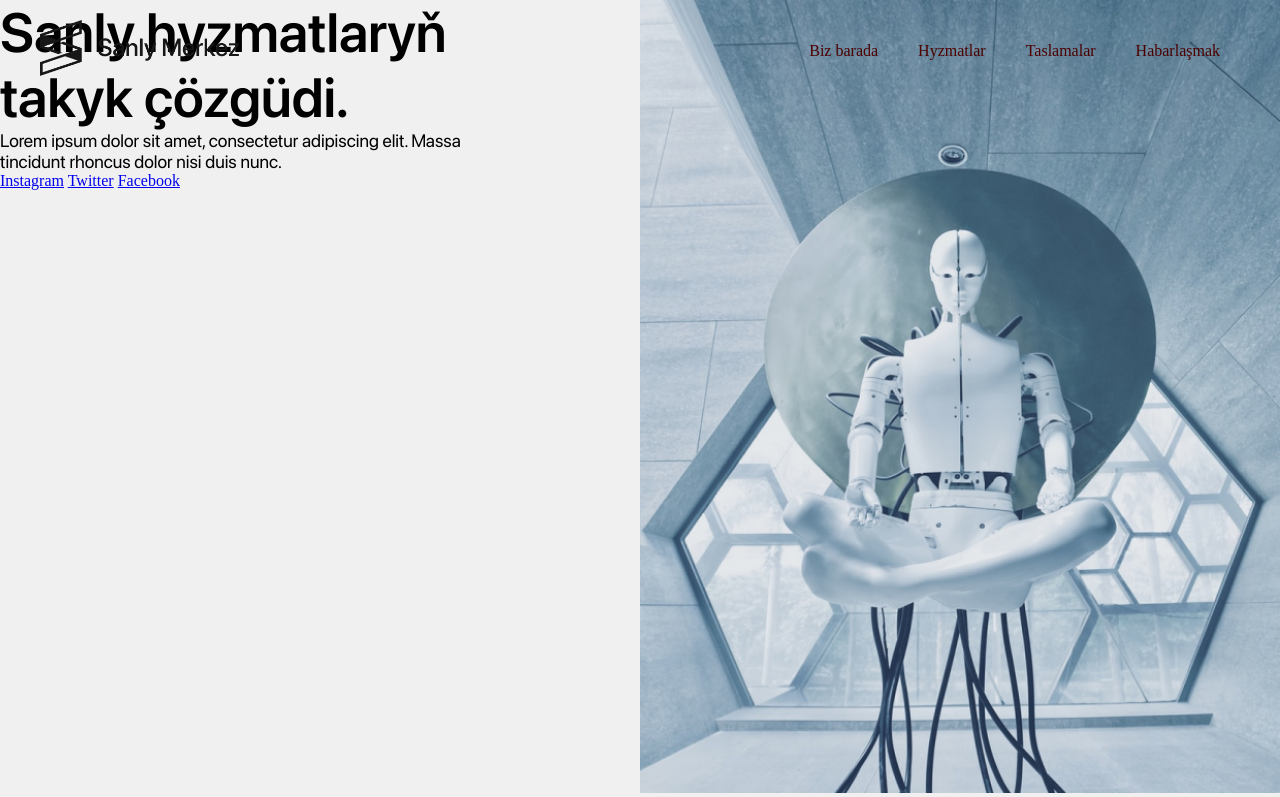
Repository: Meylis7/Sanly-Merkez-Web
Page: main.html
The author's editor kept a copy of each file at every save. The page is drawn from the files as they stood at one save, then again after the next save.
The browser window is 1280 px wide. The pictures show the whole page.
Some web fonts or font styles are not loaded; a fallback is used.

Above is the page before, as saved 2022-04-25 18:49:59.

### main.html
<!DOCTYPE html>
<html lang="en" dir="ltr">
  <head>
    <meta charset="utf-8">
    <meta name="viewport" content="width=device-width, initial-scale=1.0">
    <title>Sanly merkez</title>
    <link rel="stylesheet" href="./css/main.css">
  </head>
  <body>
    <div class="main-container">
      <div class="header-container">
        <header>
          <a href="#" class="brand"><img src="/assets/logo.png" alt=""></a>
          <div class="menu">
            <div class="btn">
                <svg class="close-btn" xmlns="http://www.w3.org/2000/svg" aria-hidden="true" role="img" width="1em" height="1em" preserveAspectRatio="xMidYMid meet" viewBox="0 0 20 20"><path fill="currentColor" fill-rule="evenodd" d="M4.293 4.293a1 1 0 0 1 1.414 0L10 8.586l4.293-4.293a1 1 0 1 1 1.414 1.414L11.414 10l4.293 4.293a1 1 0 0 1-1.414 1.414L10 11.414l-4.293 4.293a1 1 0 0 1-1.414-1.414L8.586 10L4.293 5.707a1 1 0 0 1 0-1.414Z" clip-rule="evenodd"/></svg>
            </div>
            <a href="#">Biz barada</a>
            <a href="#">Hyzmatlar</a>
            <a href="#">Taslamalar</a>
            <a href="#">Habarlaşmak</a>
          </div>
          <div class="btn">
            <svg class="menu-btn" xmlns="http://www.w3.org/2000/svg" aria-hidden="true" role="img" width="1em" height="1em" preserveAspectRatio="xMidYMid meet" viewBox="0 0 20 20"><path fill="currentColor" fill-rule="evenodd" d="M3 5a1 1 0 0 1 1-1h12a1 1 0 1 1 0 2H4a1 1 0 0 1-1-1Zm0 5a1 1 0 0 1 1-1h12a1 1 0 1 1 0 2H4a1 1 0 0 1-1-1Zm6 5a1 1 0 0 1 1-1h6a1 1 0 1 1 0 2h-6a1 1 0 0 1-1-1Z" clip-rule="evenodd"/></svg>
          </div>
        </header>
      </div>

      <div class="home-section">
        <div class="home-container">
          <div class="home-left-content">
            <div class="home-slogan">
              <p class="slogan">Sanly hyzmatlaryň <br>
                takyk çözgüdi.</p>
                <p class="slogan-text">Lorem ipsum dolor sit amet, consectetur adipiscing elit. Massa <br> tincidunt rhoncus dolor nisi duis nunc.</p>
            </div>
            <div class="home-social-links">
              <a href="#">Instagram</a>
              <a href="#">Twitter</a>
              <a href="#">Facebook</a>
            </div>
          </div>
          <div class="home-right-content">
            <img src="./assets/mainphoto.png" alt="">
          </div>
        </div>
      </div>

    </div>



    <script type="text/javascript">
    //javascript for navigation bar effect on scroll
    window.addEventListener("scroll", function(){
      var header = document.querySelector("header");
      header.classList.toggle('sticky', window.scrollY > 0);
    });

    //javascript for responsive navigation sidebar menu
    var menu = document.querySelector('.menu');
    var menuBtn = document.querySelector('.menu-btn');
    var closeBtn = document.querySelector('.close-btn');

    menuBtn.addEventListener("click", () => {
      menu.classList.add('active');
    });

    closeBtn.addEventListener("click", () => {
      menu.classList.remove('active');
    });
    </script>

  </body>
</html>

### css/main.css

@font-face {
  font-family: 'SF Pro Display';
  src: url('../SFProDisplay-Medium.eot');
  src: local('../SF Pro Display Medium'), local('SFProDisplay-Medium'),
      url('../SFProDisplay-Medium.eot?#iefix') format('embedded-opentype'),
      url('../SFProDisplay-Medium.woff2') format('woff2'),
      url('../SFProDisplay-Medium.woff') format('woff'),
      url('../SFProDisplay-Medium.ttf') format('truetype');
  font-weight: 500;
  font-style: normal;
}

@font-face {
  font-family: 'SF Pro Display';
  src: url('../SFProDisplay-Heavy.eot');
  src: local('../SF Pro Display Heavy'), local('SFProDisplay-Heavy'),
      url('../SFProDisplay-Heavy.eot?#iefix') format('embedded-opentype'),
      url('../SFProDisplay-Heavy.woff2') format('woff2'),
      url('../SFProDisplay-Heavy.woff') format('woff'),
      url('../SFProDisplay-Heavy.ttf') format('truetype');
  font-weight: 900;
  font-style: normal;
}

@font-face {
  font-family: 'SF Pro Display';
  src: url('../SFProDisplay-UltralightItalic.eot');
  src: local('../SF Pro Display UltralightItalic'), local('SFProDisplay-UltralightItalic'),
      url('../SFProDisplay-UltralightItalic.eot?#iefix') format('embedded-opentype'),
      url('../SFProDisplay-UltralightItalic.woff2') format('woff2'),
      url('../SFProDisplay-UltralightItalic.woff') format('woff'),
      url('../SFProDisplay-UltralightItalic.ttf') format('truetype');
  font-weight: 200;
  font-style: italic;
}

@font-face {
  font-family: 'SF Pro Display';
  src: url('../SFProDisplay-RegularItalic.eot');
  src: local('../SF Pro Display Regular Italic'), local('SFProDisplay-RegularItalic'),
      url('../SFProDisplay-RegularItalic.eot?#iefix') format('embedded-opentype'),
      url('vSFProDisplay-RegularItalic.woff2') format('woff2'),
      url('../SFProDisplay-RegularItalic.woff') format('woff'),
      url('../SFProDisplay-RegularItalic.ttf') format('truetype');
  font-weight: normal;
  font-style: italic;
}

@font-face {
  font-family: 'SF Pro Display';
  src: url('../SFProDisplay-Thin.eot');
  src: local('../SF Pro Display Thin'), local('SFProDisplay-Thin'),
      url('../SFProDisplay-Thin.eot?#iefix') format('embedded-opentype'),
      url('../SFProDisplay-Thin.woff2') format('woff2'),
      url('../SFProDisplay-Thin.woff') format('woff'),
      url('../SFProDisplay-Thin.ttf') format('truetype');
  font-weight: 100;
  font-style: normal;
}

@font-face {
  font-family: 'SF Pro Display';
  src: url('../SFProDisplay-Light.eot');
  src: local('../SF Pro Display Light'), local('SFProDisplay-Light'),
      url('../SFProDisplay-Light.eot?#iefix') format('embedded-opentype'),
      url('../SFProDisplay-Light.woff2') format('woff2'),
      url('../SFProDisplay-Light.woff') format('woff'),
      url('../SFProDisplay-Light.ttf') format('truetype');
  font-weight: 200;
  font-style: normal;
}

@font-face {
  font-family: 'SF Pro Display';
  src: url('../SFProDisplay-BlackItalic.eot');
  src: local('../SF Pro Display Black Italic'), local('SFProDisplay-BlackItalic'),
      url('../SFProDisplay-BlackItalic.eot?#iefix') format('embedded-opentype'),
      url('../SFProDisplay-BlackItalic.woff2') format('woff2'),
      url('../SFProDisplay-BlackItalic.woff') format('woff'),
      url('../SFProDisplay-BlackItalic.ttf') format('truetype');
  font-weight: 900;
  font-style: italic;
}

@font-face {
  font-family: 'SF Pro Display';
  src: url('../SFProDisplay-Bold.eot');
  src: local('../SF Pro Display Bold'), local('SFProDisplay-Bold'),
      url('../SFProDisplay-Bold.eot?#iefix') format('embedded-opentype'),
      url('../SFProDisplay-Bold.woff2') format('woff2'),
      url('../SFProDisplay-Bold.woff') format('woff'),
      url('../SFProDisplay-Bold.ttf') format('truetype');
  font-weight: bold;
  font-style: normal;
}

@font-face {
  font-family: 'SF Pro Display';
  src: url('../SFProDisplay-Black.eot');
  src: local('../SF Pro Display Black'), local('SFProDisplay-Black'),
      url('../SFProDisplay-Black.eot?#iefix') format('embedded-opentype'),
      url('../SFProDisplay-Black.woff2') format('woff2'),
      url('../SFProDisplay-Black.woff') format('woff'),
      url('../SFProDisplay-Black.ttf') format('truetype');
  font-weight: 900;
  font-style: normal;
}

@font-face {
  font-family: 'SF Pro Display';
  src: url('../SFProDisplay-SemiboldItalic.eot');
  src: local('../SF Pro Display SemiboldItalic'), local('SFProDisplay-SemiboldItalic'),
      url('../SFProDisplay-SemiboldItalic.eot?#iefix') format('embedded-opentype'),
      url('../SFProDisplay-SemiboldItalic.woff2') format('woff2'),
      url('../SFProDisplay-SemiboldItalic.woff') format('woff'),
      url('../SFProDisplay-SemiboldItalic.ttf') format('truetype');
  font-weight: 600;
  font-style: italic;
}

@font-face {
  font-family: 'SF Pro Display';
  src: url('../SFProDisplay-Ultralight.eot');
  src: local('../SF Pro Display Ultralight'), local('SFProDisplay-Ultralight'),
      url('../SFProDisplay-Ultralight.eot?#iefix') format('embedded-opentype'),
      url('../SFProDisplay-Ultralight.woff2') format('woff2'),
      url('../SFProDisplay-Ultralight.woff') format('woff'),
      url('../SFProDisplay-Ultralight.ttf') format('truetype');
  font-weight: 200;
  font-style: normal;
}

@font-face {
  font-family: 'SF Pro Display';
  src: url('../SFProDisplay-LightItalic.eot');
  src: local('../SF Pro Display LightItalic'), local('SFProDisplay-LightItalic'),
      url('../SFProDisplay-LightItalic.eot?#iefix') format('embedded-opentype'),
      url('../SFProDisplay-LightItalic.woff2') format('woff2'),
      url('../SFProDisplay-LightItalic.woff') format('woff'),
      url('../SFProDisplay-LightItalic.ttf') format('truetype');
  font-weight: 200;
  font-style: italic;
}

@font-face {
  font-family: 'SF Pro Display';
  src: url('../SFProDisplay-ThinItalic.eot');
  src: local('../SF Pro Display ThinItalic'), local('SFProDisplay-ThinItalic'),
      url('../SFProDisplay-ThinItalic.eot?#iefix') format('embedded-opentype'),
      url('../SFProDisplay-ThinItalic.woff2') format('woff2'),
      url('../SFProDisplay-ThinItalic.woff') format('woff'),
      url('../SFProDisplay-ThinItalic.ttf') format('truetype');
  font-weight: 100;
  font-style: italic;
}

@font-face {
  font-family: 'SF Pro Display';
  src: url('../SFProDisplay-MediumItalic.eot');
  src: local('../SF Pro Display MediumItalic'), local('SFProDisplay-MediumItalic'),
      url('../SFProDisplay-MediumItalic.eot?#iefix') format('embedded-opentype'),
      url('../SFProDisplay-MediumItalic.woff2') format('woff2'),
      url('../SFProDisplay-MediumItalic.woff') format('woff'),
      url('../SFProDisplay-MediumItalic.ttf') format('truetype');
  font-weight: 500;
  font-style: italic;
}

@font-face {
  font-family: 'SF Pro Display';
  src: url('../SFProDisplay-Semibold.eot');
  src: local('SF Pro Display Semibold'), local('SFProDisplay-Semibold'),
      url('../SFProDisplay-Semibold.eot?#iefix') format('embedded-opentype'),
      url('../SFProDisplay-Semibold.woff2') format('woff2'),
      url('../SFProDisplay-Semibold.woff') format('woff'),
      url('../SFProDisplay-Semibold.ttf') format('truetype');
  font-weight: 600;
  font-style: normal;
}

@font-face {
  font-family: 'SF Pro Display';
  src: url('../SFProDisplay-HeavyItalic.eot');
  src: local('../SF Pro Display HeavyItalic'), local('SFProDisplay-HeavyItalic'),
      url('../SFProDisplay-HeavyItalic.eot?#iefix') format('embedded-opentype'),
      url('../SFProDisplay-HeavyItalic.woff2') format('woff2'),
      url('../SFProDisplay-HeavyItalic.woff') format('woff'),
      url('../SFProDisplay-HeavyItalic.ttf') format('truetype');
  font-weight: 900;
  font-style: italic;
}

@font-face {
  font-family: 'SF Pro Display';
  src: url('../SFProDisplay-Regular.eot');
  src: local('../SF Pro Display Regular'), local('SFProDisplay-Regular'),
      url('../SFProDisplay-Regular.eot?#iefix') format('embedded-opentype'),
      url('../SFProDisplay-Regular.woff2') format('woff2'),
      url('../SFProDisplay-Regular.woff') format('woff'),
      url('../SFProDisplay-Regular.ttf') format('truetype');
  font-weight: normal;
  font-style: normal;
}

@font-face {
  font-family: 'SF Pro Display';
  src: url('../SFProDisplay-BoldItalic.eot');
  src: local('../SF Pro Display BoldItalic'), local('SFProDisplay-BoldItalic'),
      url('../SFProDisplay-BoldItalic.eot?#iefix') format('embedded-opentype'),
      url('../SFProDisplay-BoldItalic.woff2') format('woff2'),
      url('../SFProDisplay-BoldItalic.woff') format('woff'),
      url('../SFProDisplay-BoldItalic.ttf') format('truetype');
  font-weight: bold;
  font-style: italic;
}


*{
  margin: 0;
  padding: 0;
  box-sizing: border-box;
}

body{
  min-height: 100vh;
  background: #F0F0F0;
}
header{
  z-index: 999;
  position: fixed;
  top: 0;
  left: 0;
  width: 100%;
  display: flex;
  justify-content: space-between;
  align-items: center;
  padding: 20px 40px;
  transition: 0.6s;
  transform: translate(calc(50vw - 50%));
}

header.sticky{
  background: #ffffff;
  padding: 15px 100px;
}

header .brand{
  color: #fff;
  font-size: 30px;
  font-weight: 700;
  text-transform: uppercase;
  text-decoration: none;
  letter-spacing: 2px;
}

header .menu{
  position: relative;
  display: flex;
  justify-content: center;
  align-items: center;
}

header .menu a{
  color: rgb(76, 0, 0);
  font-size: 16px;
  font-weight: 500;
  text-decoration: none;
  margin: 0 10px;
  padding: 0 10px;
  border-radius: 20px;
  transition: 0.3s;
  transition-property: color, background;
}

header .menu a:hover{
  color: #000;
  background: #fff;
}

header .btn{
  color: rgb(94, 0, 0);
  font-size: 25px;
  cursor: pointer;
  display: none;
}
/* .main-container{
    max-width: 1240px;
    height: 100%;
    margin: 0 auto;
} */
.brand{
  width: 200px;
}
.brand img{
  width: 100%;
}
.home-container{
  display: flex;
  width: 100%;
}
.home-left-content,.home-right-content{
  flex: 1;
}
.home-right-content img{
  width: 100%;
}
.slogan{
  font-size: 55px;
  font-family: "SF Pro Display";
  font-weight: 600;
}
.slogan-text{
  font-size: 18px;
  font-family: "SF Pro Display";
  font-weight: normal;
}

@media (max-width: 1060px){
  header .btn{
    display: block;
  }

  header .menu{
    position: fixed;
    background: #ffffff;
    flex-direction: column;
    min-width: 400px;
    height: 100vh;
    top: 0;
    right: -100%;
    padding: 80px 50px;
    transition: 0.5s;
    transition-property: right;
  }

  header .menu.active{
    right: 0;
  }

  header .menu .close-btn{
    position: absolute;
    top: 0;
    left: 0;
    margin: 25px;
  }

  header .menu a{
    display: block;
    font-size: 20px;
    margin: 20px;
    padding: 0 15px;
  }
}

After the next save:
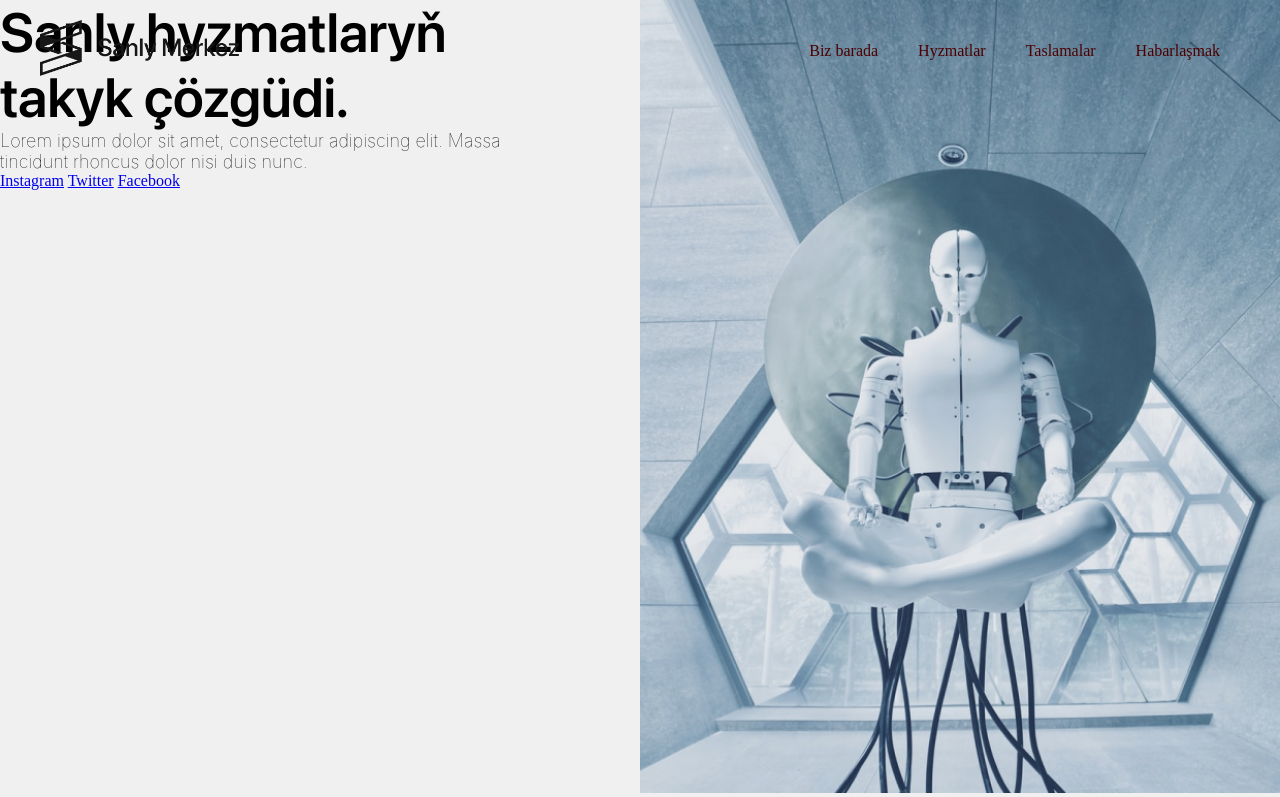
Saved 22 s later.
--- a/css/main.css
+++ b/css/main.css
@@ -313,7 +313,7 @@
 .slogan-text{
   font-size: 18px;
   font-family: "SF Pro Display";
-  font-weight: normal;
+  font-weight: 100;
 }
 
 @media (max-width: 1060px){

After the save that followed:
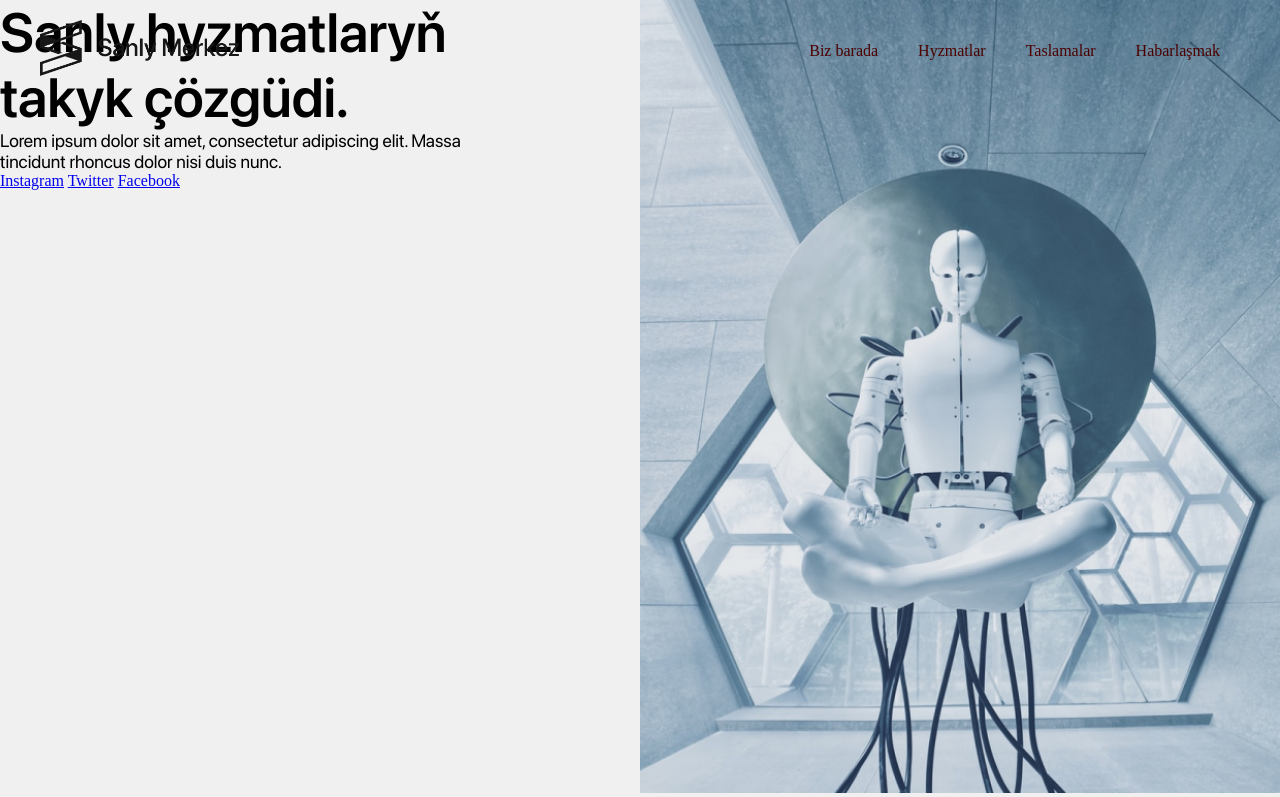
Saved 54 s later.
--- a/css/main.css
+++ b/css/main.css
@@ -313,7 +313,6 @@
 .slogan-text{
   font-size: 18px;
   font-family: "SF Pro Display";
-  font-weight: 100;
 }
 
 @media (max-width: 1060px){
